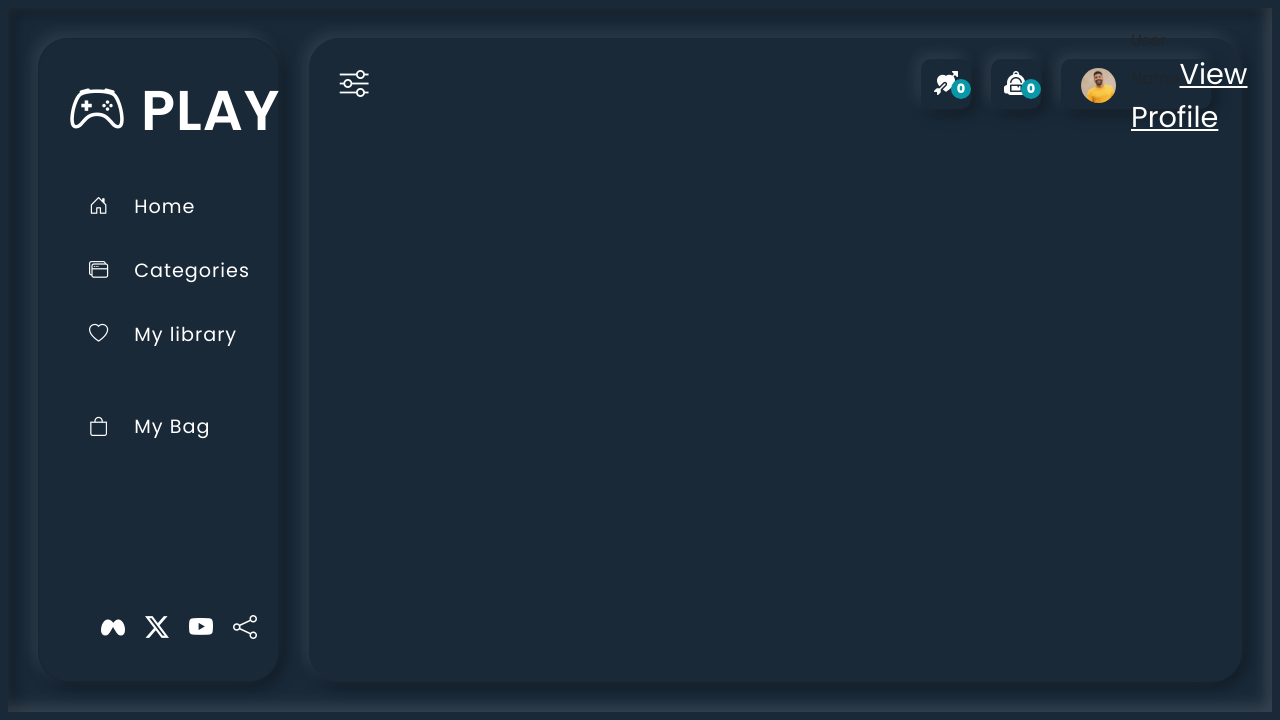
Repository: Ego-Wolf/Ecommerce-game-Reactjs
Page: /
These files come from the project's save history. The page is drawn as it stood at one moment and after a run of saves; the edit follows.
The browser window is 1280 px wide. The pictures show the whole page.
The project was rebuilt for these pictures with package versions that can differ from the ones it lists, and the page was loaded fresh each time.

Above is the page before, as saved 2023-12-21 23:53:13.

### public/index.html
<!DOCTYPE html>
<html lang="en">
  <head>
    <meta charset="utf-8" />
    <link rel="icon" href="%PUBLIC_URL%/favicon.ico" />
    <meta name="viewport" content="width=device-width, initial-scale=1" />
    <meta name="theme-color" content="#000000" />
    <meta
      name="description"
      content="Web site created using create-react-app"
    />
    <link rel="apple-touch-icon" href="%PUBLIC_URL%/logo192.png" />
    <link rel="manifest" href="%PUBLIC_URL%/manifest.json" />
    <title>Wolf Ecommerce | Game</title>

    <!-- Bootstraps & Bootstraps Icon -->
    <link href="https://cdn.jsdelivr.net/npm/bootstrap@5.3.2/dist/css/bootstrap.min.css" rel="stylesheet" integrity="sha384-T3c6CoIi6uLrA9TneNEoa7RxnatzjcDSCmG1MXxSR1GAsXEV/Dwwykc2MPK8M2HN" crossorigin="anonymous">
    <link rel="stylesheet" href="https://cdn.jsdelivr.net/npm/bootstrap-icons@1.11.2/font/bootstrap-icons.min.css">
  </head>
  <body>
    <noscript>You need to enable JavaScript to run this app.</noscript>
    <div id="root"></div>

  </body>
</html>

### src/App.js
import React from 'react';
import './App.css';
import Main from "./pages/Main";

function App() {
  return (
    <Main/>
  );
}

export default App;

### src/App.css
/* Google Font */
@import url('https://fonts.googleapis.com/css2?family=Poppins:wght@300;400;500;600;700;800;900&display=swap');


*{
  padding: 0;
  margin: 0;
  box-sizing: border-box;
}

:root {
  --primary: #0d171f;
  --second: #0998a8;
  --bgColor: #192938;
}

h1,
h2,
h4,
p {
  color: #ffffff;
}

body {
  position: relative;
  background: var(--bgColor);
  font-family: 'Poppins', sans-serif;
  width: 100%;
  min-height: 100vh;
  overflow: hidden;
}

### src/pages/Main.jsx
import React from 'react'
import './Main.css'
import SideMenu from '../components/SideMenu'
import Header from './Header'

function Main() {
  return (
    <main>
        <SideMenu/>
        <div className="banner">
          <Header/>
        </div>
    </main>
  )
}

export default Main

### src/pages/Main.css
main {
    position: absolute;
    top: 0;
    left: 0;
    right: 0;
    bottom: 0;
    padding: 30px;
    border: 8px solid var(--bgColor);
    box-shadow: -5px -5px 15px rgba(255, 255, 255, 0.15),
    5px 5px 15px rgba(0, 0, 0, 0.35),
    inset -5px -5px 15px rgba(255, 255, 255, 0.15),
    inset 5px 5px 15px rgba(0, 0, 0, 0.35);
    display: flex;
    justify-content: space-between;
    align-items: center;
    gap: 30px;
    overflow: hidden;
    transition: 0.5s;
}

.banner {
    position: relative;
    width: 80%;
    height: 100%;
    border-radius: 30px;
    border: 1px solid var(--bgColor);
    background: var(--bgColor);
    box-shadow: -5px -5px 15px rgba(255, 255, 255, 0.1),
    5px 5px 15px rgba(0, 0, 0, 0.35);
    transition: 1s;
}

### src/components/SideMenu.jsx
import React, {useState} from 'react'
import './SideMenu.css'
import NavListItem from './NavListItem'
import navListData from '../data/navListData'
import socialListData from '../data/socialListData'
import SocialListItem from './SocialListItem'

function SideMenu() {
  const [navData, setNavData] = useState(navListData);
  const [socialData, setSocialData] = useState(socialListData);

  return (
    <div className="sideMenu">
        <a href="#" className="logo">
            <i class="bi bi-controller"></i>
            <span className="brand">Play</span>
        </a>
        <ul className="nav">
          {navData.map(item => (
            <NavListItem key={item._id} item={item} />
          ))}
        </ul>

        <ul className="social">
          {socialData.map(item => (
            <SocialListItem key={item._id} item={item} />
          ))}
        </ul>

    </div>
  );
}

export default SideMenu;

### src/pages/Header.jsx
import React from 'react'
import './Header.css'
import userImg from '../images/user.jpg'

function Header() {
  return (
    <header>
        <a href="#" className='menu'><i class="bi bi-sliders"></i></a>
        <div className="userItems">
            <a href="#" className="icon">
                <i class="bi bi-arrow-through-heart-fill"></i>
                <span className='like'>0</span>
            </a>
            <a href="#" className="icon">
                <i class="bi bi-backpack2-fill"></i>
                <span className="bag">0</span>
            </a>
            <div className="avatar">
                <a href="#"><img src={userImg} alt="User Image" /></a>
                <div className="user">
                    <span>User Name</span>
                    <a href="#">View Profile</a>
                </div>
            </div>
        </div>
    </header>
  )
}

export default Header

### src/components/SideMenu.css
.sideMenu {
    width: 20%;
    height: 100%;
    padding: 30px;
    border: 1px solid rgba(0, 0, 0, 0.1);
    border-radius: 30px;
    background: var(--bgColor);
    box-shadow: -5px -5px 15px rgba(255, 255, 255, 0.1), 5px 5px 15px rgba(0, 0, 0, 0.35);
    display: flex;
    flex-direction: column;
    transition: 1s;
}

.sideMenu .logo {
    position: relative;
    text-decoration: none;
    display: inline-flex;
    align-items: center;
    gap: 15px;
    color: #ffffff;
    font-size: 3.5em;
    font-weight: 600;
    letter-spacing: 1px;
    text-transform: uppercase;
}

.sideMenu .nav {
    margin-top: 30px;
    display: flex;
    flex-direction: column;
    list-style: none;
    gap: 15px;
}

.sideMenu .nav li a {
    text-decoration: none;
    color: #ffffff;
    font-size: 1.2em;
    letter-spacing: 1px;
    display: inline-flex;
    gap: 25px;
    background: var(--bgColor);
    border-radius: 20px;
    padding: 10px 20px;
    width: 100%;
    transition: 0.5s;
}

.sideMenu .nav li a:hover,
.sideMenu .nav li a:active {
    box-shadow: -5px -5px 15px rgba(255, 255, 255, 0.1), 5px 5px 15px rgba(0, 0, 0, 0.35);
}

/* Social */
.sideMenu .social {
    position: absolute;
    bottom: 50px;
    display: flex;
    align-items: center;
    list-style: none;
    gap: 20px;
    transition: 0.5s;
}

.sideMenu .social li a {
    text-decoration: none;
    color: #ffffff;
    font-size: 1.5rem;
    transition: 0.3s;
}

.sideMenu .social li a:hover {
    color: var(--second);
}

.sideMenu .social li .share {
    background: (--second);
    padding: 10px;
    width: 35px;
    height: 35px;
    border-radius: 50%;
    transition: 0.3s;
}

.sideMenu .social li .share:hover {
    background: var(--primary);
}

### src/components/NavListItem.jsx
import React from 'react'
import './NavListItem.css'

function NavListItem({ item }) {
  return (
    <li>
        <a href="#">
            <i className={`bi ${item.icon}`}></i>
            <span className="navName">{item.name}</span>
        </a>
    </li>
  )
}

export default NavListItem

### src/data/navListData.js
const navListData = [
    {
        _id: 1,
        target: 'home',
        name: 'Home',
        icon: 'bi-house-door',
        active: true,
    },
    {
        _id: 2,
        target: 'categories',
        name: 'Categories',
        icon: 'bi-window-stack',
        active: false,
    },
    {
        _id: 3,
        target: 'library',
        name: 'My library',
        icon: 'bi-heart',
        active: false,
    },
    {
        _id: 4,
        target: 'bag',
        name: 'My Bag',
        icon: 'bi-bag',
        active: false,
    },
];

export default navListData;

### src/data/socialListData.js
const socialListData = [
    {
        _id: 1,
        // target: 'meta',
        // name: 'Meta',
        icon: 'bi bi-meta',
        active: true,
    },
    {
        _id: 2,
        // target: 'categories',
        // name: 'Categories',
        icon: 'bi-twitter-x ',
        active: false,
    },
    {
        _id: 3,
        // target: 'library',
        // name: 'My library',
        icon: 'bi-youtube',
        active: false,
    },
    {
        _id: 4,
        // target: 'bag',
        // name: 'My Bag',
        icon: 'bi-share',
        active: false,
    },
];

export default socialListData;

### src/components/SocialListItem.jsx
import React from 'react'
import './SocialListItem.css'

function SocialListItem({ item }) {
  return (
    <li>
      <a href="#">
        <i className={`bi ${item.icon}`}></i>
      </a>
    </li>
  )
}

export default SocialListItem

### src/pages/Header.css
header {
    position: absolute;
    top: 0;
    width: 100%;
    display: flex;
    justify-content: space-between;
    align-items: center;
    padding: 20px 30px;
    z-index: 1000 !important;
    background: transparent;
}

.menu {
    font-size: 1.8rem;
    color: #ffffff;
}

.userItems {
    display: inline-flex;
    align-items: center;
    gap: 20px;
}

.userItems .icon {
    position: relative;
    color: #ffffff;
    font-size: 1.5rem;
    width: 50px;
    height: 50px;
    border-radius: 10px;
    box-shadow: -5px -5px 15px rgba(255, 255, 255, 0.1),
    5px 5px 15px rgba(0, 0, 0, 0.35);
    display: flex;
    justify-content: center;
    align-items: center;
    text-decoration: none;
}

.userItems .icon .like,
.userItems .icon .bag {
    position: absolute;
    right: 0;
    bottom: 10px;
    font-size: 0.8rem;
    font-weight: 800;
    height: 20px;
    width: 20px;
    padding: 3px;
    color: #ffffff;
    background: var(--second);
    border-radius: 50%;
    display: flex;
    justify-content: center;
    align-items: center;
}

.userItems .avatar {
    width: 150px;
    height: 50px;
    padding: 10px 20px;
    display: flex;
    align-items: center;
    gap: 15px;
    border-radius: 10px;
    box-shadow: -5px -5px 15px rgba(255, 255, 255, 0.1),
    5px 5px 15px rgba(0, 0, 0, 0.35);
}

.userItems .avatar img {
    width: 35px;
    height: 35px;
    border-radius: 50%;
}

.userItems .avatar a {
    color: #ffffff;
    font-size: 1.8rem;
}

Loaded but not shown: src/index.js (common file); src/index.css (common file); src/reportWebVitals.js (common file); src/components/NavListItem.css (no stored copy; drawn as an empty file); src/components/SocialListItem.css (no stored copy; drawn as an empty file)

After the next 6 saves:
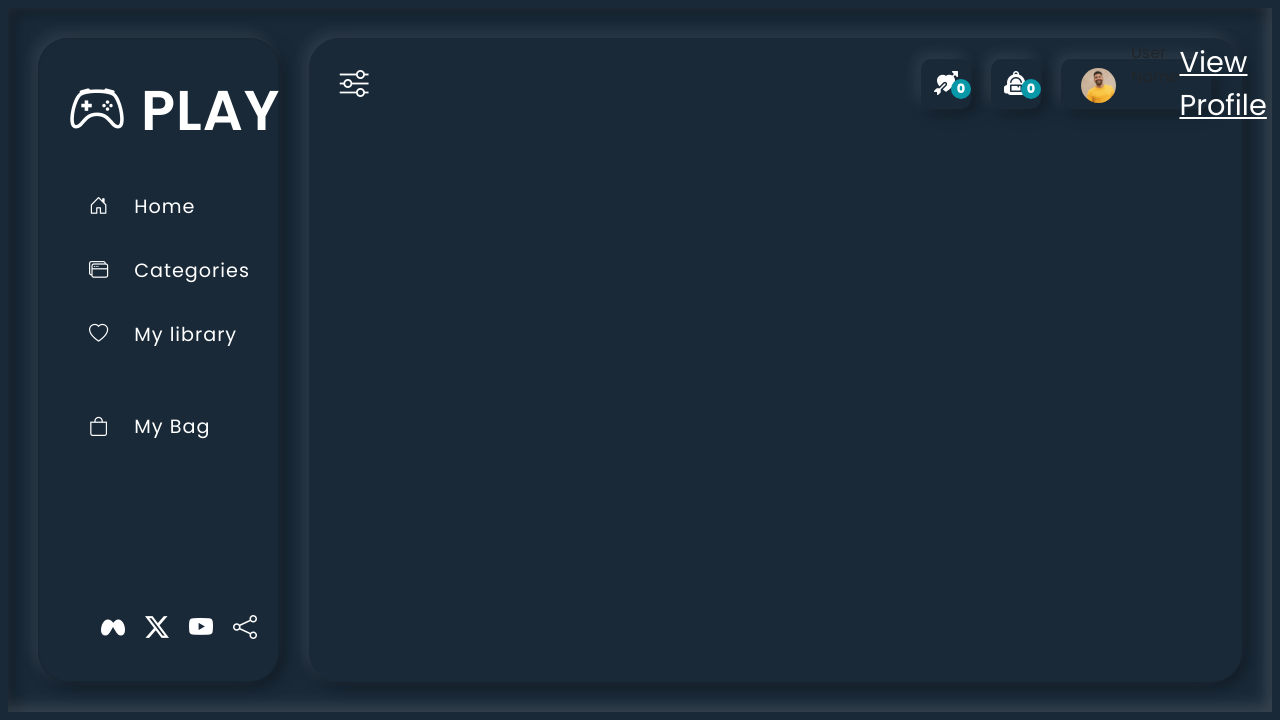
The 6 saves are shown as one change because they came seconds apart.
The last was saved 20 s later.
--- a/src/pages/Header.css
+++ b/src/pages/Header.css
@@ -76,3 +76,8 @@ header {
     color: #ffffff;
     font-size: 1.8rem;
 }
+
+.userItems .avatar .user {
+    display: flex;
+    flex-direction: none;
+}
